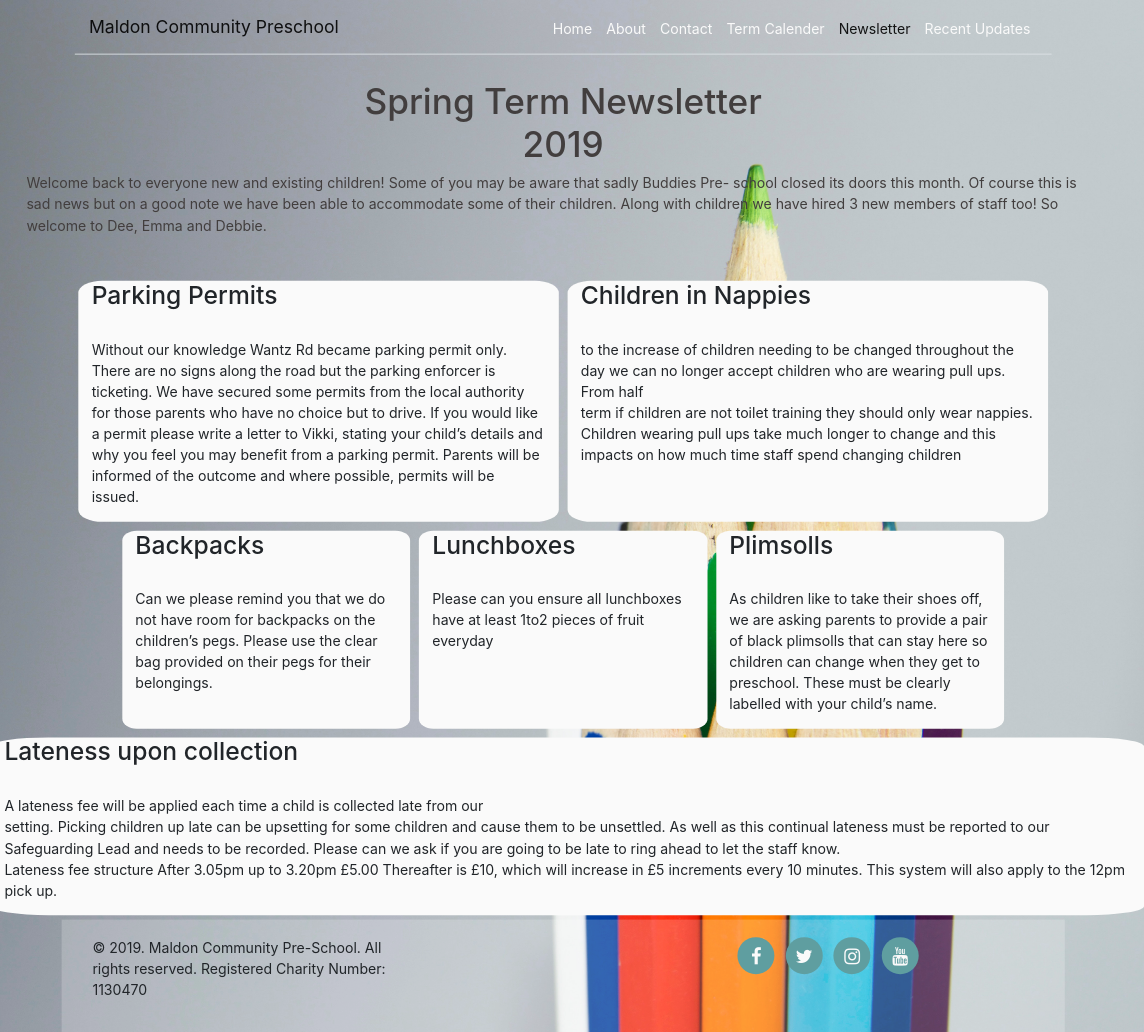
Repository: parkslee/milestone_1
Page: newsletter.html
The author's editor kept a record of every edit. The page is drawn from the files as they stood at one moment, then again after the next edit.
The browser window is 1280 px wide. The page is 1300 px wide, then 1280 px, so the pictures cover 1300 px, including what lies to the right of the window. The pictures show the whole page, at 88% of full size.
Some web libraries are served in a nearby version.

Above is the page before.

After the next edit:
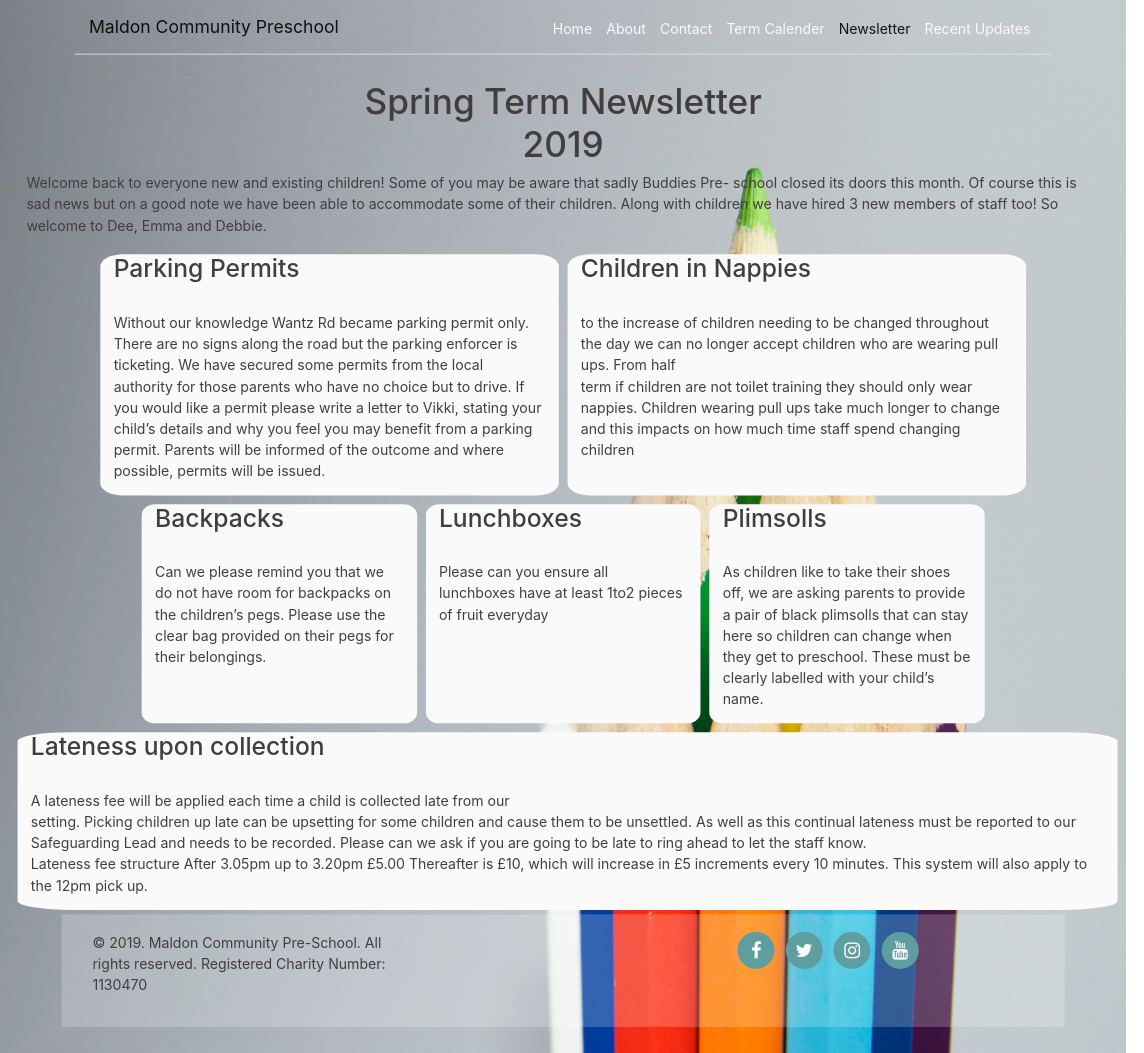
The edit:
--- a/newsletter.html
+++ b/newsletter.html
@@ -77,9 +77,8 @@
                     new members of staff too!
                     So welcome to Dee, Emma
                     and Debbie.</p>
-</div>
-            </div>
-        </div>
+
+
         <div class="row justify-content-center">
             <div class="col-sm-12 col-md-5 newsletter-blocks">
                 <h3>Parking Permits</h3>
